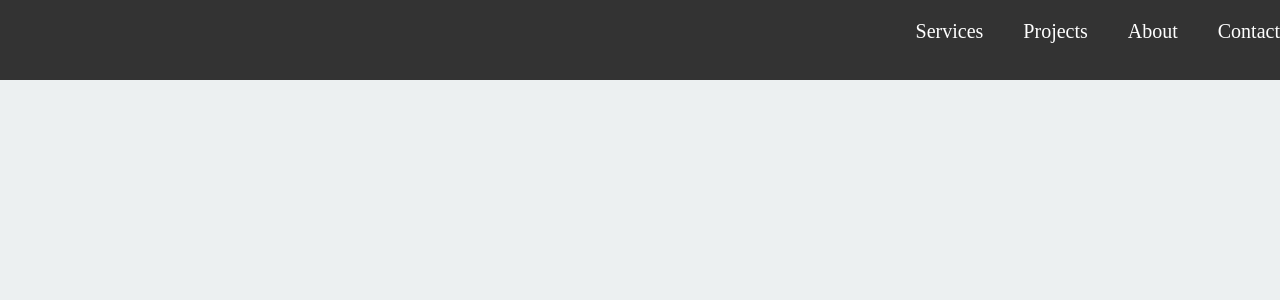
Repository: arifshahriyarnader/css-flexbox
Page: Exercise 1/index.html
The author's editor kept a copy of each file at every save. The page is drawn from the files as they stood at one save, then again after the next save.
The browser window is 1280 px wide. The pictures show the whole page.

Above is the page before, as saved 2024-06-15 15:53:15.

After the next save:
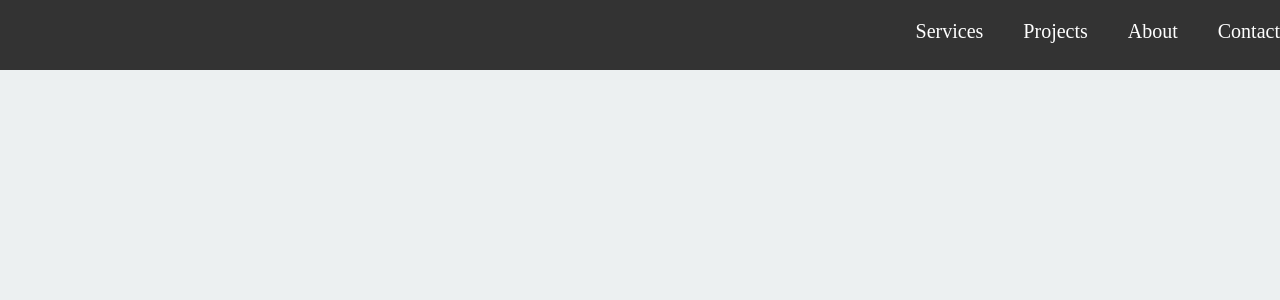
Saved 6 s later.
--- a/Exercise 1/css/style.css
+++ b/Exercise 1/css/style.css
@@ -14,7 +14,7 @@ body{
 }
 .menubar_sec{
     background-color:#333333;
-    min-height: 40px;
+    min-height: 30px;
     /* margin: 70px; */
     padding:20px 0px;
     display:flex;
